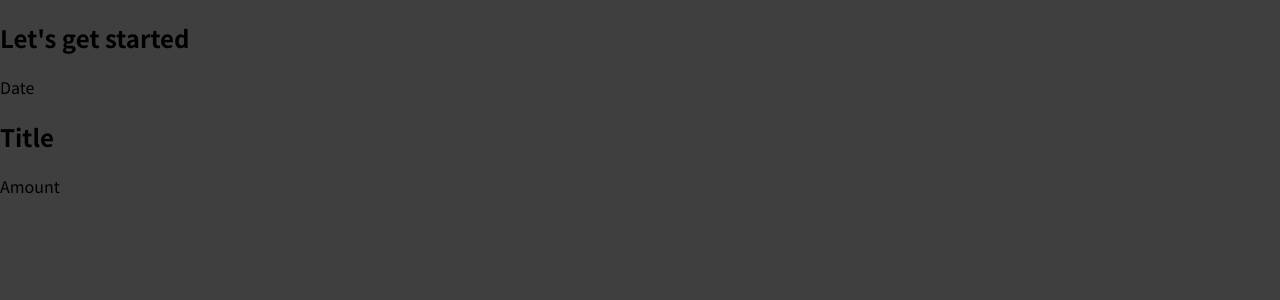
Repository: runner855/expense-tracker
Page: /
The author's editor kept a copy of each file at every save. The page is drawn from the files as they stood at one save, then again after the next save.
The browser window is 1280 px wide. The pictures show the whole page.
The project was rebuilt for these pictures with package versions that can differ from the ones it lists, and the page was loaded fresh each time.

Above is the page before, as saved 2022-09-02 11:13:59.

### src/index.js
import React from 'react';
import ReactDOM from 'react-dom/client';
import './styles/index.css';
import App from './components/App';

const root = ReactDOM.createRoot(document.getElementById('root'));
root.render(
  <React.StrictMode>
    <App />
  </React.StrictMode>
);

### src/components/App.js
import React from 'react';
import ExpenseItem from './ExpenseItem';


const App = () => {
  return (
    <div className="App">
      <h2>Let's get started</h2>
      <ExpenseItem />
    </div>
  );
}

export default App;

### src/components/ExpenseItem.js
import React from 'react';


const ExpenseItem = () => {
  return (
    <div>
      <div>Date</div>
      <div>
        <h2>Title</h2>
        <div>Amount</div>
      </div>
    </div>
  );
}

export default ExpenseItem;

Loaded but not shown: public/index.html (common file); src/styles/index.css (common file)

After the next save:
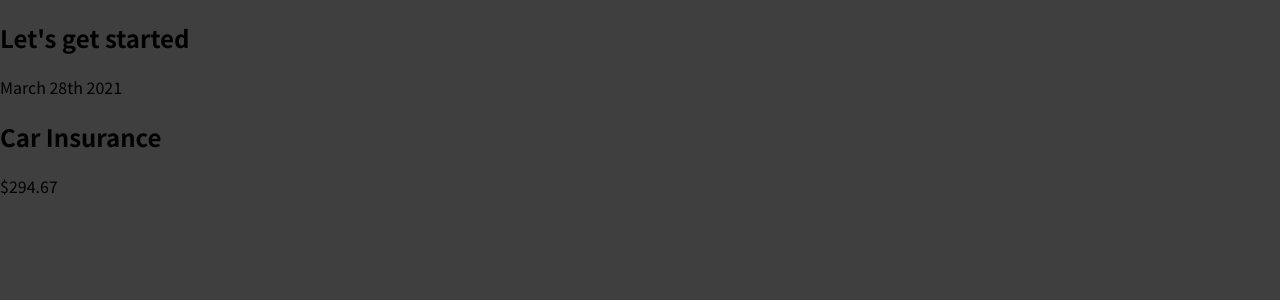
Saved 2 min 31 s later.
--- a/src/components/ExpenseItem.js
+++ b/src/components/ExpenseItem.js
@@ -4,10 +4,10 @@ import React from 'react';
 const ExpenseItem = () => {
   return (
     <div>
-      <div>Date</div>
+      <div>March 28th 2021</div>
       <div>
-        <h2>Title</h2>
-        <div>Amount</div>
+        <h2>Car Insurance</h2>
+        <div>$294.67</div>
       </div>
     </div>
   );
